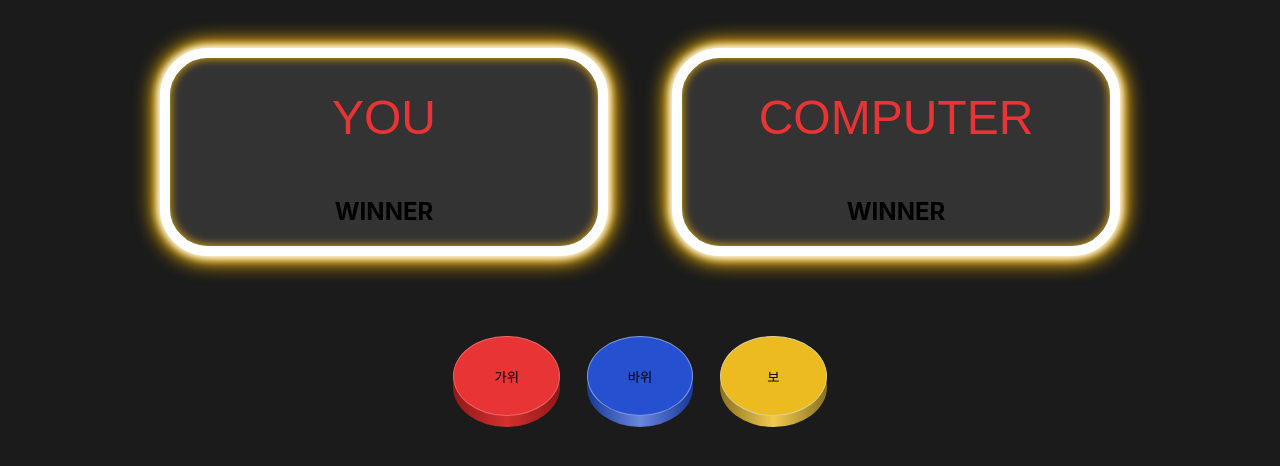
Repository: KIMMIHYE12/classComponent
Page: /
An editor plug-in stored every save of this project. The page is shown before and after the next save, followed by the edit.
The browser window is 1280 px wide. The pictures show the whole page.
Some web fonts or font styles are not loaded; a fallback is used. The project was rebuilt for these pictures with package versions that can differ from the ones it lists, and the page was loaded fresh each time.

Above is the page before, as saved 2024-03-19 20:15:07.

After the next save:
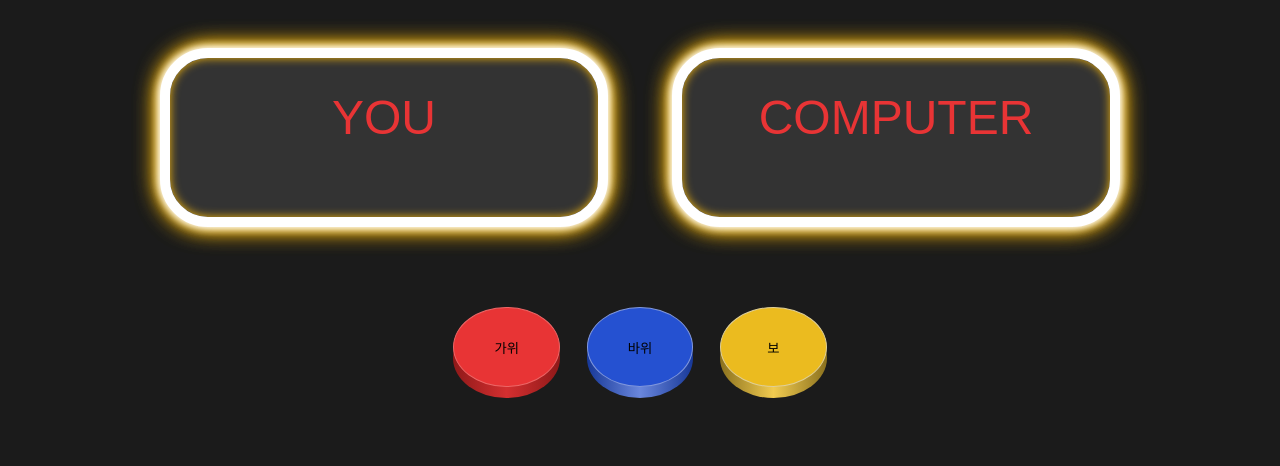
Saved 18 s later.
--- a/src/component/Box.js
+++ b/src/component/Box.js
@@ -9,7 +9,7 @@ export const Box = (props) => {
         src={props.item && props.item.img}
         alt={props.item && props.item.describe}
       />
-      <h2>WINNER</h2>
+      <h2>{props.result}</h2>
     </div>
   );
 };
